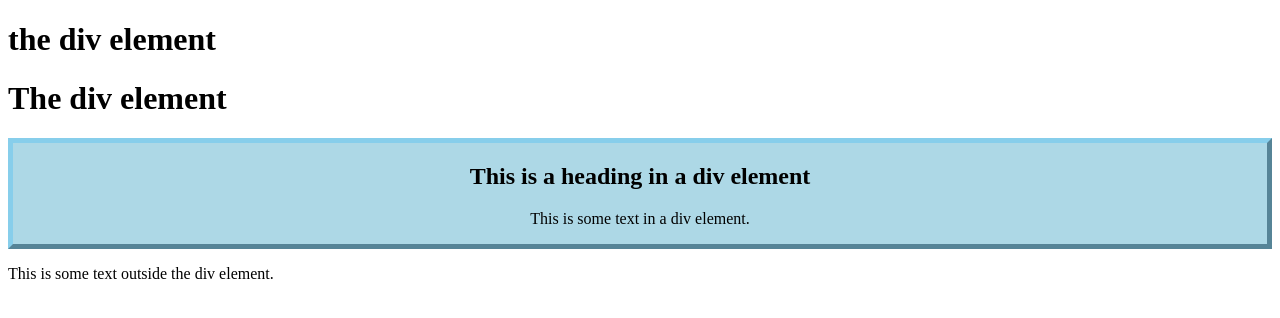
Repository: Fariaddd/codefactor-stylesheet
Page: index.html
The author's editor kept a copy of each file at every save. The page is drawn from the files as they stood at one save, then again after the next save.
The browser window is 1280 px wide. The pictures show the whole page.

Above is the page before, as saved 2021-11-17 19:40:39.

### index.html
<!DOCTYPE html>
<html lang="en">
  <head>
    <meta charset="UTF-8" />
    <meta http-equiv="X-UA-Compatible" content="IE=edge" />
    <meta name="viewport" content="width=device-width, initial-scale=1.0" />
    <title>Document</title>
    <link rel="stylesheet" href="./styles/styles.css" />
  </head>
  <body>
    <h1> the div element</h1>


<h1>The div element</h1>

<div class="myDiv">
  <h2>This is a heading in a div element</h2>
  <p>This is some text in a div element.</p>
</div>

<p>This is some text outside the div element.</p>


    </nav>
  </body>
</html>

### styles/styles.css
.myDiv {
  border: 5px outset skyblue;
  background-color: lightblue;
  text-align: center;
}

After the next save:
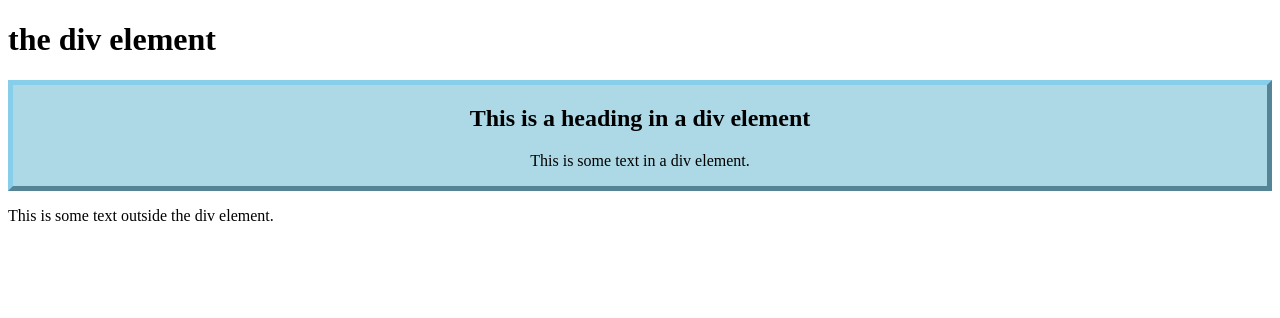
Saved 31 s later.
--- a/index.html
+++ b/index.html
@@ -9,11 +9,7 @@
   </head>
   <body>
     <h1> the div element</h1>
-
-
-<h1>The div element</h1>
-
-<div class="myDiv">
+    <div class="myDiv">
   <h2>This is a heading in a div element</h2>
   <p>This is some text in a div element.</p>
 </div>
